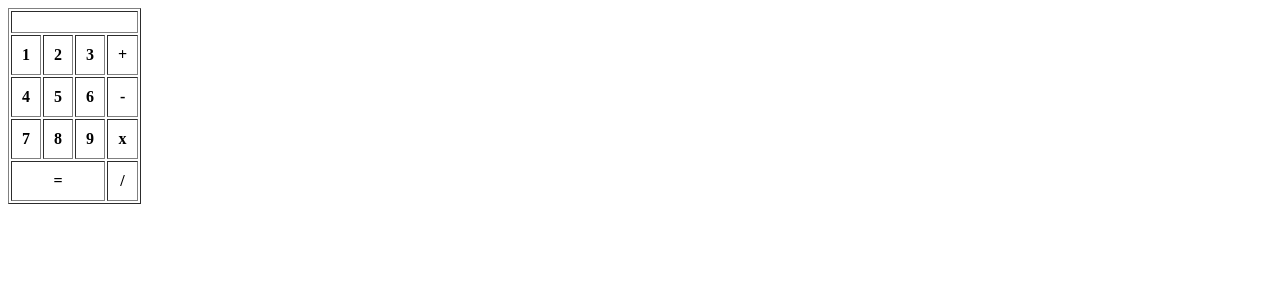
Repository: oUYUo/javaweb_and_javaBaseKnowLedge
Page: http://localhost/computer/
These files come from the project's save history. The page is drawn as it stood at one moment and after the next save; the edit follows.
The browser window is 1280 px wide. The pictures show the whole page.
The page is served by Tomcat 9.

Above is the page before, as saved 2018-02-27 08:56:38.

### computer/WebContent/index.jsp
<%@ page language="java" contentType="text/html; charset=UTF-8"
    pageEncoding="UTF-8"%>
<!DOCTYPE html PUBLIC "-//W3C//DTD HTML 4.01 Transitional//EN" "http://www.w3.org/TR/html4/loose.dtd">
<html>
<head>
<meta http-equiv="Content-Type" content="text/html; charset=UTF-8">
<title>Insert title here</title>
</head>
<body>
<table border="1" cellpadding="10">
  <tr>
  <td colspan="4"></td>

  <tr>
    <th>1</th>
    <th>2</th>
    <th>3</th>
    <th>+</th>
  </tr>
  <tr>
    <th>4</th>
    <th>5</th>
    <th>6</th>
    <th>-</th>
  </tr>
   <tr>
    <th>7</th>
    <th>8</th>
    <th>9</th>
    <th>x</th>
  </tr>
  <tr>
  	<th colspan="3">=</th>
  	<th>/</th>
  </tr>
</table>

</body>
</html>

After the next save:
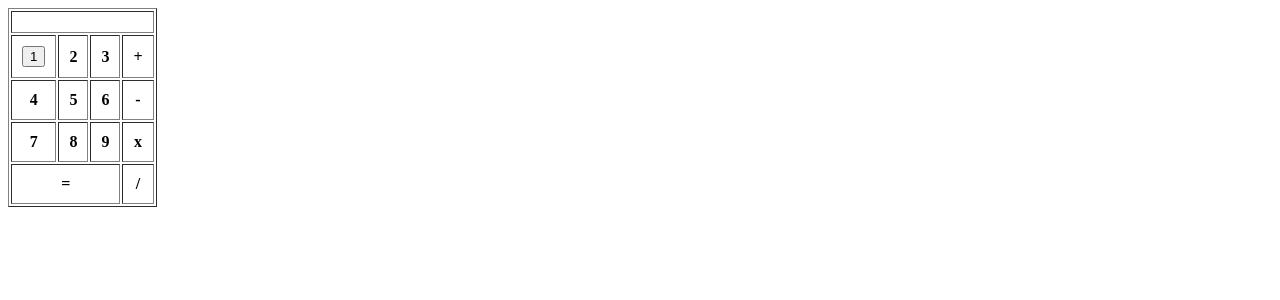
Saved 57 s later.
--- a/computer/WebContent/index.jsp
+++ b/computer/WebContent/index.jsp
@@ -12,7 +12,7 @@
   <td colspan="4"></td>
 
   <tr>
-    <th>1</th>
+    <th><button name="1" value="1">1</button></th>
     <th>2</th>
     <th>3</th>
     <th>+</th>
